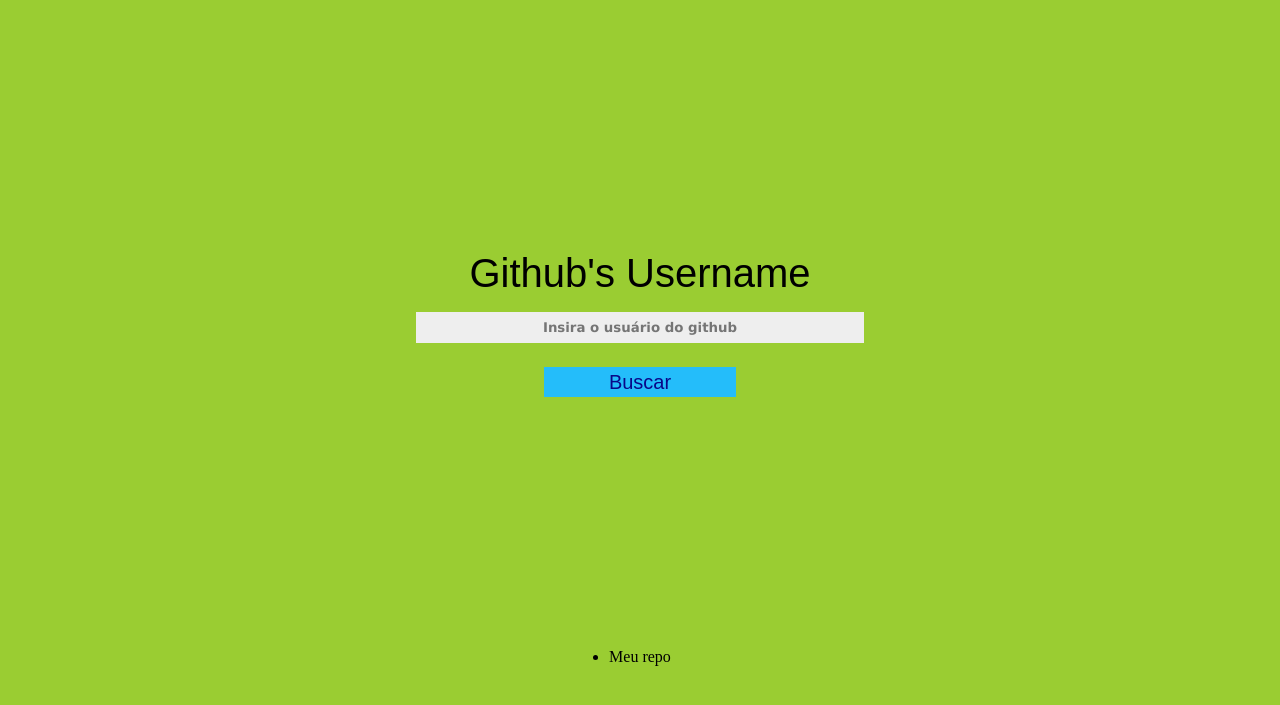
Repository: Orifiel/teste
Page: desafioMod4/desafioJavascritpt0402.html
The author's editor kept a copy of each file at every save. The page is drawn from the files as they stood at one save, then again after the next save.
The browser window is 1280 px wide. The pictures show the whole page.
The page's requests for data from a server got no answer. Some web fonts or font styles are not loaded; a fallback is used.

Above is the page before, as saved 2020-08-24 13:12:50.

After the next save:
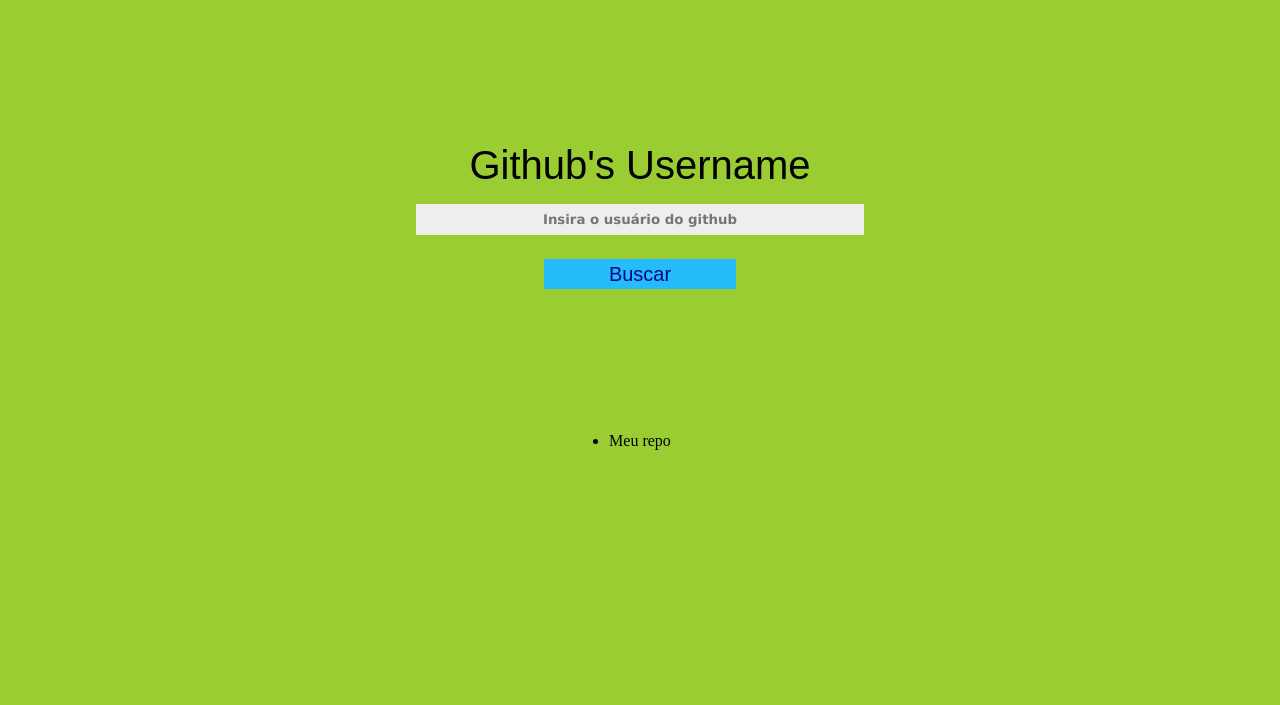
Saved 15 s later.
--- a/desafioMod4/desafioJavascritpt0402.html
+++ b/desafioMod4/desafioJavascritpt0402.html
@@ -20,7 +20,7 @@
 
         flex-direction: column;
         width: 70vw;
-        height: 90vh;
+        height: 60vh;
         justify-content: center;
         align-items: center;
         margin: 0 auto;
